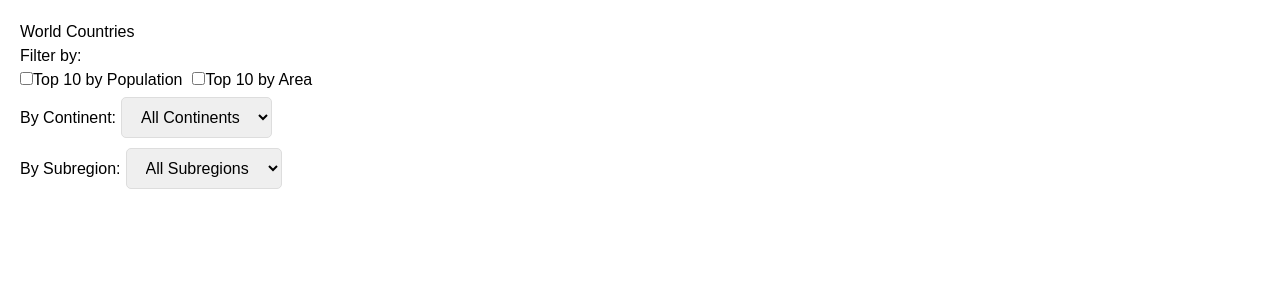
Repository: madelinestruthers/week10-lab
Page: /
These files come from the project's save history. The page is drawn as it stood at one moment and after the next save; the edit follows.
The browser window is 1280 px wide. The pictures show the whole page.
The page's requests for data from a server got no answer. The project was rebuilt for these pictures with package versions that can differ from the ones it lists, and the page was loaded fresh each time. The framework's server and built-in components were replaced by stand-ins that run in the browser. No one was signed in, and anything a server would have sent is missing. Also part of the build but not shown: next.config.mjs, src/app/components/Country.jsx.

Above is the page before, as saved 2024-11-18 10:54:52.

### src/app/page.jsx
"use client"
import { useState, useEffect } from 'react';
import Countries from './components/Countries';

const Home = () => {
  const [countries, setCountries] = useState([]);
  const [filteredCountries, setFilteredCountries] = useState([]);
  const [continentFilter, setContinentFilter] = useState('');
  const [subregionFilter, setSubregionFilter] = useState('');
  const [top10ByPopulation, setTop10ByPopulation] = useState(false);
  const [top10ByArea, setTop10ByArea] = useState(false);

  // Fetch countries data
  useEffect(() => {
    const fetchCountries = async () => {
      const response = await fetch('https://restcountries.com/v3.1/all');
      const data = await response.json();
      setCountries(data);
      setFilteredCountries(data);
    };
    fetchCountries();
  }, []);

  // Filter countries
  const filterCountries = () => {
    let filtered = countries;

    if (continentFilter) {
      filtered = filtered.filter((country) => country.continents.includes(continentFilter));
    }

    if (subregionFilter) {
      filtered = filtered.filter((country) => country.subregion === subregionFilter);
    }

    if (top10ByPopulation) {
      filtered = [...filtered].sort((a, b) => b.population - a.population).slice(0, 10);
    } else if (top10ByArea) {
      filtered = [...filtered].sort((a, b) => b.area - a.area).slice(0, 10);
    }

    return filtered;
  };

  useEffect(() => {
    setFilteredCountries(filterCountries());
  }, [continentFilter, subregionFilter, top10ByPopulation, top10ByArea, countries]);

  // Get all unique continents and subregions for the dropdowns
  const uniqueContinents = [...new Set(countries.flatMap((country) => country.continents || []))];
  const uniqueSubregions = [...new Set(countries.map((country) => country.subregion).filter(Boolean))];

  return (
    <div style={{ padding: '20px' }}>
      <h1>World Countries</h1>

      {/* Filter Section */}
      <div>
        <h3>Filter by:</h3>

        {/* Top 10 Filters */}
        <div>
          <label>
            <input
              type="checkbox"
              checked={top10ByPopulation}
              onChange={() => {
                setTop10ByPopulation(!top10ByPopulation);
                setTop10ByArea(false); // Disable other top 10 filter
              }}
            />
            Top 10 by Population
          </label>
          <label style={{ marginLeft: '10px' }}>
            <input
              type="checkbox"
              checked={top10ByArea}
              onChange={() => {
                setTop10ByArea(!top10ByArea);
                setTop10ByPopulation(false); // Disable other top 10 filter
              }}
            />
            Top 10 by Area
          </label>
        </div>

        {/* Continent Filter */}
        <div>
          <label>By Continent:</label>
          <select
            value={continentFilter}
            onChange={(e) => {
              setContinentFilter(e.target.value);
              setSubregionFilter(''); // Clear subregion filter
            }}
          >
            <option value="">All Continents</option>
            {uniqueContinents.map((continent) => (
              <option key={continent} value={continent}>
                {continent}
              </option>
            ))}
          </select>
        </div>

        {/* Subregion Filter */}
        <div>
          <label>By Subregion:</label>
          <select
            value={subregionFilter}
            onChange={(e) => {
              setSubregionFilter(e.target.value);
              setContinentFilter(''); // Clear continent filter
            }}
          >
            <option value="">All Subregions</option>
            {uniqueSubregions.map((subregion) => (
              <option key={subregion} value={subregion}>
                {subregion}
              </option>
            ))}
          </select>
        </div>
      </div>

      {/* Render Countries */}
      <Countries countries={filteredCountries} />
    </div>
  );
};

export default Home;

### src/app/globals.css
@tailwind base;
@tailwind components;
@tailwind utilities;

:root {
  --background: #b2b0e2;
  --foreground: #171717;
}

body {
  font-family: Arial, sans-serif;
  margin: 0;
  padding: 0;
  box-sizing: border-box;
}

button, select {
  margin: 5px;
  padding: 10px 15px;
  border: 1px solid #ddd;
  border-radius: 5px;
  cursor: pointer;
}

button:hover, select:hover {
  background-color: #f0f0f0;
}

a {
  color: blue;
  text-decoration: underline;
}

### src/app/components/Countries.jsx
import Country from './Country';

const Countries = ({ countries }) => {
  return (
    <div>
      {countries.map((country) => (
        <Country key={country.cca3} country={country} />
      ))}
    </div>
  );
};

export default Countries;

Loaded but not shown: src/app/layout.js (common file); tailwind.config.js (common file)

After the next save:
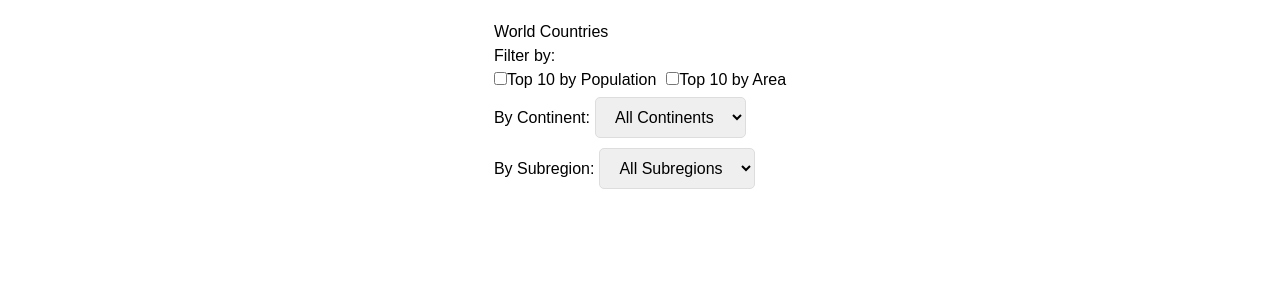
Saved 37 s later.
--- a/src/app/globals.css
+++ b/src/app/globals.css
@@ -12,6 +12,9 @@
   margin: 0;
   padding: 0;
   box-sizing: border-box;
+  display: flex;
+  flex-direction: row;
+  justify-content: space-around;
 }
 
 button, select {

After the 2 saves that followed:
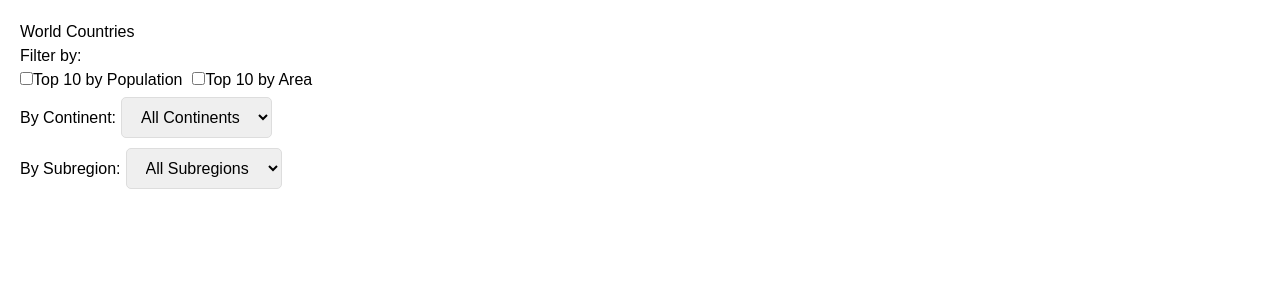
The 2 saves are shown as one change because 1 left the picture as it was.
The last was saved 36 s later.
--- a/src/app/globals.css
+++ b/src/app/globals.css
@@ -14,7 +14,8 @@
   box-sizing: border-box;
   display: flex;
   flex-direction: row;
-  justify-content: space-around;
+  justify-content: flex-start;
+  flex-wrap: wrap;
 }
 
 button, select {
